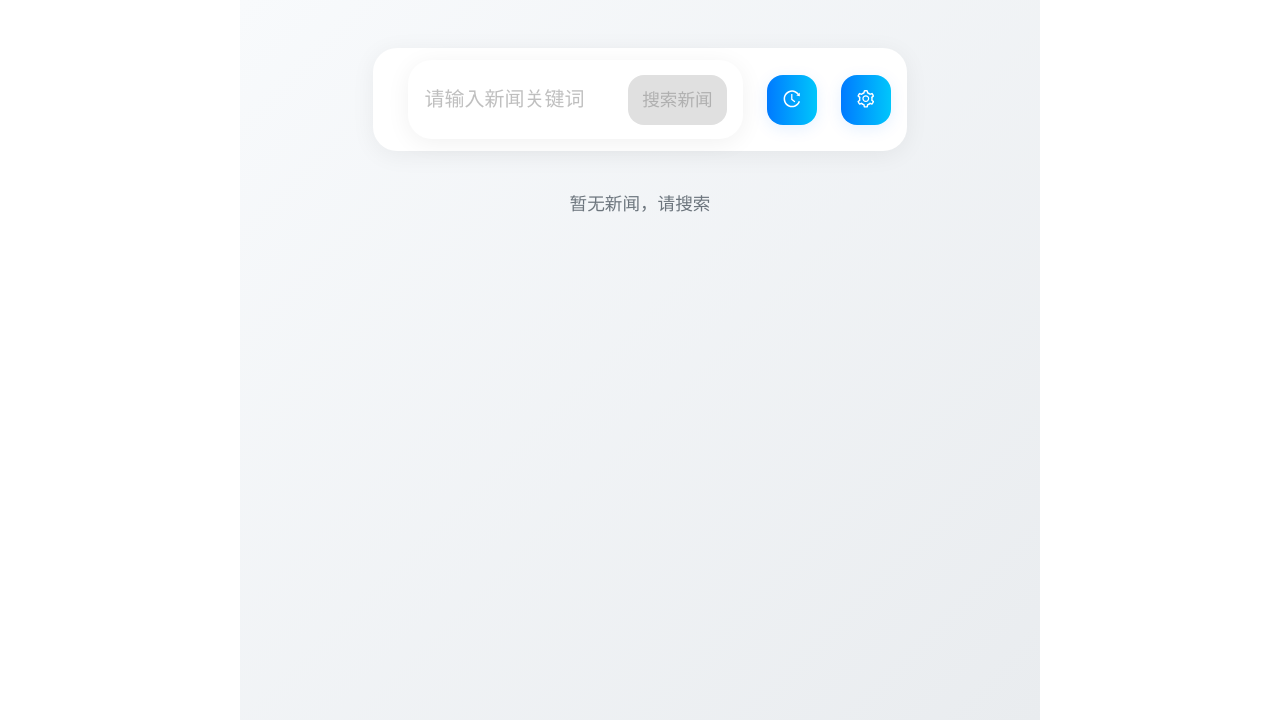
Repository: XJN7197/NewsAssistantBaseMCP
Page: / (app in frontend/)
An editor plug-in stored every save of this project. The page is shown before and after the next save, followed by the edit.
The browser window is 1280 px wide. The pictures show the whole page.
The project was rebuilt for these pictures with package versions that can differ from the ones it lists, and the page was loaded fresh each time. Also part of the build but not shown: frontend/vite.config.ts, frontend/src/components/NewsCard.tsx.

Above is the page before, as saved 2025-05-25 19:55:05.

### frontend/src/App.tsx
import { useState } from 'react'
import Home from './pages/Home'
import './App.css'

function App() {

  return (
    <>
      <Home/>
    </>
  )
}

export default App

### frontend/src/pages/Home.module.css
.home-container {
  height: 100vh;
  width: 800px;
  background: linear-gradient(135deg, #f8fafc 0%, #e9ecef 100%);
  display: flex;
  flex-direction: column;
  align-items: center;
  padding: 48px 0 48px 0; /* 调整了上下padding，左右padding设为0，因为内容区会通过max-width控制 */
  font-family: -apple-system, BlinkMacSystemFont, "Segoe UI", Roboto, "Helvetica Neue", Arial, "PingFang SC", "Hiragino Sans GB", "Microsoft YaHei", sans-serif;
}

.search-bar {
  display: flex;
  justify-content: flex-end;
  align-items: center;
  gap: 24px;
  position: sticky;
  top: 0;
  z-index: 1;
  background: #fff;
  border-radius: 24px;
  box-shadow: 0 4px 24px 0 rgba(0,0,0,0.06);
  padding: 12px 16px; /* 减小整体内边距 */
  width: 66.66%;
  max-width: none;
}

.search-bar input[type="text"] {
  flex: 1;
  border: none;
  outline: none;
  font-size: 1.25rem;
  background: transparent;
  color: #222;
  padding: 8px 12px; /* 调整输入框内边距 */
  margin: 0;
  box-sizing: border-box;
  border-radius: 8px; /* 添加圆角 */
  transition: background 0.2s;
}

/* 添加输入框悬停效果 */
.search-bar input[type="text"]:hover,
.search-bar input[type="text"]:focus {
  background: rgba(0, 0, 0, 0.02);
}
.search-bar button {
  height: 50px;
  background: linear-gradient(90deg, #007aff 0%, #00c6fb 100%);
  color: #fff;
  border: none;
  border-radius: 16px; /* 更大的圆角 */
  padding: 14px 36px; /* 增加了按钮padding */
  font-size: 1.1rem; /* 稍大字体 */
  font-weight: 500;
  cursor: pointer;
  transition: background 0.2s, box-shadow 0.2s;
  box-shadow: 0 4px 16px 0 rgba(0,122,255,0.10); /* 按钮阴影 */
}

.search-bar button:disabled {
  background: #e0e0e0;
  color: #b0b0b0;
  cursor: not-allowed;
  box-shadow: none;
}

.news-list-container { /* Renamed from .news-list */
  width: 66.66%; /* 宽度固定为视口宽度的2/3 */
  /* height: 1500px; 高度固定为1500px */
  max-width: none; /* 移除最大宽度限制 */
  margin-bottom: 40px;
  min-height: 180px; /* 最小高度，避免内容过少时塌陷 */
  display: flex;
  flex-direction: column;
  gap: 24px; /* 新闻卡片之间的间距 */
  overflow-y: auto; /* 添加垂直滚动 */
  /* 可以在这里添加新闻卡片的样式，或者为新闻卡片组件单独创建样式文件 */
}

/* 针对 news-list 中暂无新闻的提示文本样式 */
.news-list > div {
  color: #6c757d; /* 柔和的提示文字颜色 */
  font-size: 1.1rem;
  text-align: center;
  padding: 40px 0;
}

/* Styles for .news-card, .checkbox-container, .news-content, .news-title, .news-desc, .news-link are removed as Ant Design components handle them */

/* 错误消息样式 */
.error-message {
  color: #dc3545; /* 红色错误提示 */
  font-size: 1.1rem;
  text-align: center;
  padding: 40px 0;
}


.analyze-btn {
  margin-bottom: 32px;
}

.analyze-btn button {
  background: linear-gradient(90deg, #34e89e 0%, #0f3443 100%); /* 保持了之前的渐变色 */
  color: #fff;
  border: none;
  border-radius: 16px; /* 更大的圆角 */
  padding: 16px 48px; /* 增加了按钮padding */
  font-size: 1.2rem; /* 稍大字体 */
  font-weight: 600;
  cursor: pointer;
  transition: background 0.2s, box-shadow 0.2s;
  box-shadow: 0 4px 16px 0 rgba(52,232,158,0.10); /* 按钮阴影 */
}

.analyze-btn button:disabled {
  background: #e0e0e0;
  color: #b0b0b0;
  cursor: not-allowed;
  box-shadow: none;
}

/* Styles for .report-modal and its children are removed as Ant Design Modal component handles them */

### frontend/src/mock/newsData.ts
export const mockNewsData = {
    news_list: [
      {
        title: "Qwen引领AI前端技术革新：深度解析一句话开发网页的突破_模型_行业_创新",
        desc: "在人工智能快速发展的2025年，来自量子位的最新报道显示，AI技术正迎来前所未有的革新，尤其是在前端开发领域。由Qwen推出的“AI前端工程师”WebDev工具，以...",
        url: "https://news.sohu.com/a/893821748_121924584"
      },
      {
        title: "谷歌推Gemini2.5Pro模型，AI 助力前端开发与复杂编程",
        desc: "谷歌推Gemini2.5Pro模型#，AI 助力前端开发与复杂编程】5 月7 日消息，科技媒体The Decoder 昨日（5 月6 日）发布博文，报道称谷歌为预热今年的I/O...",
        url: "https://news.sina.com.cn/external/car/2025-05-07/doc-inevtine1324735.shtml"
      },
      {
        title: "前端程序员请注意！首个截图就能生成现代前端代码的AI来了 | 已开源",
        desc: "现在截图生成代码，已经来到了一个新高度——. ⾸个⾯向现代前端代码⽣成的多模态⼤模型解决⽅案，来了！ 而且是开源的那种。 前端程序员请注意！首个截图就能...",
        url: "https://www.qbitai.com/2025/02/258521.html"
      },
      {
        title: "AI包办79%代码，程序员饭碗不保，前端开发要凉，人类只配改Bug？",
        desc: "编码助手更偏向自动化。有79%的Claude Code对话可以被归为「自动化」，即AI直接完成任务，而不是与人类协作「增强」。相比之下，Claude.ai的对话中只有49%是...",
        url: "https://m.36kr.com/p/3271134281245063"
      },
      {
        title: "武汉烽火申请前后端协同开发方法专利，大大降低前后端耦合度",
        desc: "本文源自:金融界. 金融界2025年5月15日消息，国家知识产权局信息显示，武汉烽火信息集成技术有限公司申请一项名为“前后端协同开发方法、装置、设备及可...",
        url: "https://cj.sina.cn/articles/view/1704103183/65928d0f02007wlqg?froms=ggmp"
      }
    ]
  };

### frontend/src/mock/reportData.ts
// 模拟舆情分析报告数据
export const mockReportData = {
  report: `
  **分析时间：** 2025-05-22 20:48:32

  ---

  ## 📥 原始新闻内容

  ### 新闻1
  - **标题**: Qwen引领AI前端技术革新：深度解析一句话开发网页的突破_模型_行业_创新
  - **描述**: 在人工智能快速发展的2025年，来自量子位的最新报道显示，AI技术正迎来前所未有的革新，尤其是在前端开发领域。由Qwen推出的“AI前端工程师”WebDev工具，以...
  - **链接**: https://news.sohu.com/a/893821748_121924584

  ### 新闻2
  - **标题**: 谷歌推Gemini2.5Pro模型，AI 助力前端开发与复杂编程
  - **描述**: 谷歌推Gemini2.5Pro模型#，AI 助力前端开发与复杂编程】5 月7 日消息，科技媒体The Decoder 昨日（5 月6 日）发布博文，报道称谷歌为预热今年的I/O...
  - **链接**: https://news.sina.com.cn/external/car/2025-05-07/doc-inevtine1324735.shtml

  ### 新闻3
  - **标题**: 前端程序员请注意！首个截图就能生成现代前端代码的AI来了 | 已开源
  - **描述**: 现在截图生成代码，已经来到了一个新高度——. ⾸个⾯向现代前端代码⽣成的多模态⼤模型解决⽅案，来了！ 而且是开源的那种。 前端程序员请注意！首个截图就能...
  - **链接**: https://www.qbitai.com/2025/02/258521.html

  ### 新闻4
  - **标题**: AI包办79%代码，程序员饭碗不保，前端开发要凉，人类只配改Bug？
  - **描述**: 编码助手更偏向自动化。有79%的Claude Code对话可以被归为「自动化」，即AI直接完成任务，而不是与人类协作「增强」。相比之下，Claude.ai的对话中只有49%是...
  - **链接**: https://m.36kr.com/p/3271134281245063

  ### 新闻5
  - **标题**: 武汉烽火申请前后端协同开发方法专利，大大降低前后端耦合度
  - **描述**: 本文源自:金融界. 金融界2025年5月15日消息，国家知识产权局信息显示，武汉烽火信息集成技术有限公司申请一项名为“前后端协同开发方法、装置、设备及可...
  - **链接**: https://cj.sina.cn/articles/view/1704103183/65928d0f02007wlqg?froms=ggmp

  ---

  ## 📊 分析结果

  ### 舆情分析报告
  **日期**：2025年5月
  **分析范围**：五篇关于AI与前端开发的新闻

  ---

  #### **一、情绪倾向分析**
  | 新闻编号 | 情绪倾向 | 原因说明 |
  |----------|----------|----------|
  | **新闻1** | **正面** | 强调Qwen的“革新”“突破”等词汇，突出AI技术对前端开发的赋能，传递积极创新信号。 |
  | **新闻2** | **正面** | 谷歌推出新模型推动“AI助力前端开发”，体现技术迭代的行业趋势，语气温和但积极。 |
  | **新闻3** | **正面** | 聚焦“首个截图生成代码”“开源”等关键词，展示AI工具的实用性和开放性，引发开发者关注。 |
  | **新闻4** | **负面** | 标题直接使用“饭碗不保”“要凉”等强烈词汇，讨论AI对程序员职业的冲击，情绪偏担忧。 |
  | **新闻5** | **正面** | 武汉烽火的专利申请聚焦“降低耦合度”技术优化，体现行业对效率提升的关注，属中性积极技术报道。 |

  ---

  #### **二、舆情总结**
  1. **技术革新主导正面情绪**
     - 多篇新闻聚焦AI在前端开发中的创新应用（如Qwen、Gemini2.5Pro、开源工具），强调效率提升、自动化开发等优势，反映行业对AI技术的期待与认可。
     - 专利申请（新闻5）进一步表明企业对技术优化的重视，传递积极发展趋势。

  2. **负面情绪集中于就业风险**
     - 新闻4通过“79%代码由AI包办”“程序员饭碗不保”等表述，引发对AI替代人力的焦虑，负面情绪显著，但未否认技术价值。

  3. **行业矛盾与机遇并存**
     - 正面报道多关注技术突破，负面内容则反映人类与AI协作模式的争议，整体呈现“技术进步”与“职业担忧”的双重叙事。

  ---

  #### **三、建议**
  - **技术开发者**：关注AI工具的开源与迭代（如新闻3），同时提升复合技能以适应自动化趋势。
  - **企业与政策制定者**：平衡技术应用与就业保障，推动人机协作模式的探索。
  - **媒体传播**：客观呈现AI对行业的赋能与挑战，避免过度渲染负面情绪。

  **结论**：当前舆情以技术革新为核心积极主题，但需警惕AI对职业结构的潜在冲击，行业需在创新与人文关怀间寻求平衡。
`
}

### frontend/src/components/NewsSearch.tsx
import React from 'react';
import { Button as AntButton, Input } from 'antd';
import styles from '../pages/Home.module.css'; // 引入 Home.module.css 中的样式

interface NewsSearchProps {
  keyword: string;
  setKeyword: (keyword: string) => void;
  handleSearch: () => void;
  loading: boolean;
}

const NewsSearch: React.FC<NewsSearchProps> = ({
  keyword,
  setKeyword,
  handleSearch,
  loading,
}) => {
  return (
    <div className={styles['search-bar']}> {/* 使用 Home.module.css 中的样式 */}
      <Input
        placeholder="请输入新闻关键词"
        value={keyword}
        onChange={e => setKeyword(e.target.value)}
        onPressEnter={handleSearch} // 支持回车搜索
        style={{ flex: 1, fontSize: '1.25rem', padding: '12px 0' }} // 保持原有部分样式
      />
      <AntButton
        type="primary"
        onClick={handleSearch}
        loading={loading}
        disabled={!keyword}
        style={{ borderRadius: '16px', padding: '14px', fontSize: '1.1rem', fontWeight: 500 }} // 保持原有部分样式，并添加右边距
      >
        搜索新闻
      </AntButton>
    </div>
  );
};

export default NewsSearch;

### frontend/src/components/NewsList.tsx
import React from 'react';
import { List, Spin, Typography } from 'antd';
import NewsCard from './NewsCard';
import styles from '../pages/Home.module.css'; // 引入 Home.module.css 中的样式

const { Text } = Typography;

interface NewsListProps {
  newsList: any[]; // 根据实际新闻数据结构定义更精确的类型
  selectedNews: Set<number>;
  onItemChange: (id: number, checked: boolean) => void;
  loading: boolean;
}

const NewsList: React.FC<NewsListProps> = ({
  newsList,
  selectedNews,
  onItemChange,
  loading,
}) => {
  return (
    <div className={styles['news-list-container']}> {/* 使用 Home.module.css 中的样式 */}
      {loading && newsList.length === 0 && (
        <div style={{ textAlign: 'center', padding: '40px 0' }}>
          <Spin size="large" />
        </div>
      )}
      {!loading && newsList.length === 0 && (
        <div style={{ textAlign: 'center', color: '#6c757d', fontSize: '1.1rem', padding: '40px 0' }}>
          暂无新闻，请搜索
        </div>
      )}
      {newsList.length > 0 && newsList[0].error && (
        <div className={styles['error-message']}>{newsList[0].error}</div>
      )}
      {newsList.length > 0 && !newsList[0].error && (
        <List
          itemLayout="horizontal"
          dataSource={newsList}
          renderItem={item => (
            <NewsCard
              key={item.id}
              item={item}
              selectedNews={selectedNews}
              onItemChange={onItemChange}
            />
          )}
        />
      )}
    </div>
  );
};

export default NewsList;

### frontend/src/components/ReportModal.tsx
import React from 'react';
import { Modal, Button as AntButton, Spin, Typography } from 'antd';
import ReactMarkdown from 'react-markdown';
import remarkGfm from 'remark-gfm';

const { Title, Text } = Typography;

interface ReportModalProps {
  showReport: boolean;
  setShowReport: (show: boolean) => void;
  report: string | null;
  loading: boolean;
  handleDownload: () => void;
  setEmailModalVisible: (visible: boolean) => void;
}

const ReportModal: React.FC<ReportModalProps> = ({
  showReport,
  setShowReport,
  report,
  loading,
  handleDownload,
  setEmailModalVisible,
}) => {
  return (
    <Modal
      title={<Title level={3} style={{ textAlign: 'center', marginBottom: 0 }}>舆情分析报告</Title>}
      open={showReport}
      onCancel={() => setShowReport(false)}
      footer={[
        <AntButton
          key="download"
          onClick={handleDownload}
          disabled={!report}
          style={{ borderRadius: '12px', marginRight: '8px' }}
        >
          下载报告
        </AntButton>,
        <AntButton
          key="email"
          onClick={() => setEmailModalVisible(true)}
          disabled={!report}
          style={{ borderRadius: '12px', marginRight: '8px' }}
        >
          发送邮件
        </AntButton>,
        <AntButton key="close" type="primary" onClick={() => setShowReport(false)} style={{ borderRadius: '12px' }}>
          关闭
        </AntButton>
      ]}
      width="60vw"
      styles={{
        body: { maxHeight: '70vh', overflowY: 'auto', background: '#fff', padding: '24px 40px' },
        content: { zIndex: 1000 }
      }}
    >
      {loading && !report ? (
        <div style={{ textAlign: 'center', padding: '40px 0' }}>
          <Spin size="large" tip="分析报告生成中..." />
        </div>
      ) : report ? (
        <ReactMarkdown remarkPlugins={[remarkGfm]}>{report}</ReactMarkdown>
      ) : (
        <Text>报告生成中或无内容...</Text>
      )}
    </Modal>
  );
};

export default ReportModal;

### frontend/src/components/SettingsModal.tsx
import React from 'react';
import { Modal, Button as AntButton, Spin, Form, Input, Typography, message } from 'antd';

const { Title } = Typography;

interface SettingsModalProps {
  showSettings: boolean;
  setShowSettings: (show: boolean) => void;
  config: any; // 根据实际配置数据结构定义更精确的类型
  configLoading: boolean;
  fetchConfig: () => void;
  updateConfig: (values: any) => Promise<void>;
}

const SettingsModal: React.FC<SettingsModalProps> = ({
  showSettings,
  setShowSettings,
  config,
  configLoading,
  fetchConfig,
  updateConfig,
}) => {
  const [configForm] = Form.useForm();

  // 当弹窗打开时获取配置
  React.useEffect(() => {
    if (showSettings) {
      fetchConfig();
    }
  }, [showSettings, fetchConfig]);

  // 当 config 更新时设置表单值
  React.useEffect(() => {
    configForm.setFieldsValue(config);
  }, [config, configForm]);

  const handleSave = async () => {
    try {
      const values = await configForm.validateFields();
      await updateConfig(values);
    } catch (errorInfo) {
      console.error('Validate Failed:', errorInfo);
      message.error('请检查表单填写是否正确。');
    }
  };

  return (
    <Modal
      title={<Title level={3} style={{ textAlign: 'center', marginBottom: 0 }}>配置设置</Title>}
      open={showSettings}
      onCancel={() => setShowSettings(false)}
      footer={[
        <AntButton key="cancel" onClick={() => setShowSettings(false)} style={{ borderRadius: '12px' }}>
          取消
        </AntButton>,
        <AntButton key="submit" type="primary" loading={configLoading} onClick={handleSave} style={{ borderRadius: '12px' }}>
          保存
        </AntButton>,
      ]}
      width="50vw"
      styles={{ body: { maxHeight: '70vh', overflowY: 'auto', background: '#fff', padding: '24px 40px' } }}
    >
      {configLoading && Object.keys(config).length === 0 ? (
        <div style={{ textAlign: 'center', padding: '40px 0' }}>
          <Spin size="large" tip="加载配置中..." />
        </div>
      ) : (
        <Form
          form={configForm}
          layout="vertical"
          initialValues={config} // 使用状态中的配置作为初始值
        >
          {Object.keys(config).map(key => {
            let inputProps = {};

            // 根据不同字段设置不同的input type
            if (key === 'BASE_URL') {
              inputProps = { type: 'url', placeholder: '请输入有效的URL地址' };
            } else if (key === 'EMAIL_USER') {
              inputProps = { type: 'email', placeholder: '请输入有效的邮箱地址' };
            } else if (key === 'SMTP_SERVER') {
              inputProps = {
                type: 'text',
                placeholder: '请输入SMTP服务器地址',
                pattern: '^[a-zA-Z0-9][a-zA-Z0-9\-\.]+[a-zA-Z0-9]$'
              };
            }

            return (
              <Form.Item
                key={key}
                label={key}
                name={key}
                rules={[{ required: true, message: `请输入 ${key}!` }]} // 添加必填规则
              >
                <Input {...inputProps} />
              </Form.Item>
            );
          })}
        </Form>
      )}
    </Modal>
  );
};

export default SettingsModal;

### frontend/src/components/EmailModal.tsx
import React, { useState } from 'react';
import { Modal, Button as AntButton, Form, Input, message } from 'antd';

interface EmailModalProps {
  emailModalVisible: boolean;
  setEmailModalVisible: (visible: boolean) => void;
  report: string | null;
}

const EmailModal: React.FC<EmailModalProps> = ({
  emailModalVisible,
  setEmailModalVisible,
  report,
}) => {
  const [emailTo, setEmailTo] = useState('');
  const [emailSending, setEmailSending] = useState(false);
  const [form] = Form.useForm();

  // Reset form when modal opens
  React.useEffect(() => {
    if (emailModalVisible) {
      form.resetFields();
      setEmailTo(''); // Also reset local state
    }
  }, [emailModalVisible, form]);

  const handleSendEmail = async () => {
    if (!report || !emailTo) return;

    setEmailSending(true);
    try {
      const response = await fetch('http://localhost:8000/send_email', {
        method: 'POST',
        headers: {
          'Content-Type': 'application/json',
        },
        body: JSON.stringify({
          to: emailTo,
          subject: `舆情分析报告`,
          report_content: report
        }),
      });

      const data = await response.json();
      if (data.status === 'success') {
        message.success('邮件发送成功！');
        setEmailModalVisible(false);
      } else {
        message.error(`邮件发送失败: ${data.message}`);
      }
    } catch (error) {
      console.error("邮件发送失败:", error);
      message.error(`邮件发送失败: ${error}`);
    } finally {
      setEmailSending(false);
    }
  };

  return (
    <Modal
      title="发送分析报告到邮箱"
      open={emailModalVisible}
      onCancel={() => setEmailModalVisible(false)}
      footer={[
        <AntButton key="cancel" onClick={() => setEmailModalVisible(false)} style={{ borderRadius: '12px' }}>
          取消
        </AntButton>,
        <AntButton
          key="send"
          type="primary"
          loading={emailSending}
          onClick={handleSendEmail}
          disabled={!emailTo}
          style={{ borderRadius: '12px' }}
        >
          发送
        </AntButton>,
      ]}
    >
      <Form form={form} layout="vertical">
        <Form.Item
          label="收件人邮箱"
          name="email"
          rules={[
            { required: true, message: '请输入收件人邮箱!' },
            { type: 'email', message: '请输入有效的邮箱地址!' }
          ]}
        >
          <Input
            placeholder="请输入收件人邮箱"
            value={emailTo}
            onChange={e => setEmailTo(e.target.value)}
          />
        </Form.Item>
      </Form>
    </Modal>
  );
};

export default EmailModal;

Loaded but not shown: frontend/index.html (common file); frontend/src/main.tsx (common file); frontend/src/index.css (common file); frontend/src/App.css (common file); frontend/src/pages/Home.tsx (476 lines, source omitted)

After the next save:
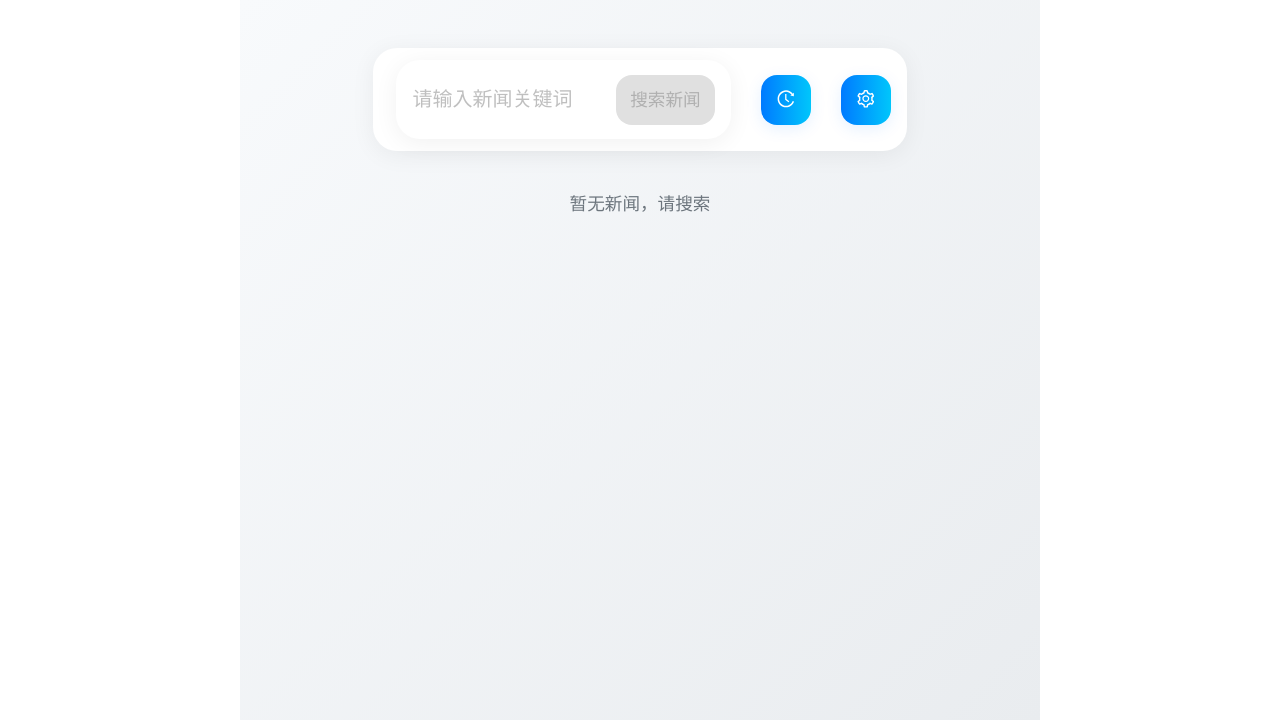
Saved 10 s later.
--- a/frontend/src/pages/Home.module.css
+++ b/frontend/src/pages/Home.module.css
@@ -13,7 +13,7 @@
   display: flex;
   justify-content: flex-end;
   align-items: center;
-  gap: 24px;
+  gap: 30px;
   position: sticky;
   top: 0;
   z-index: 1;
